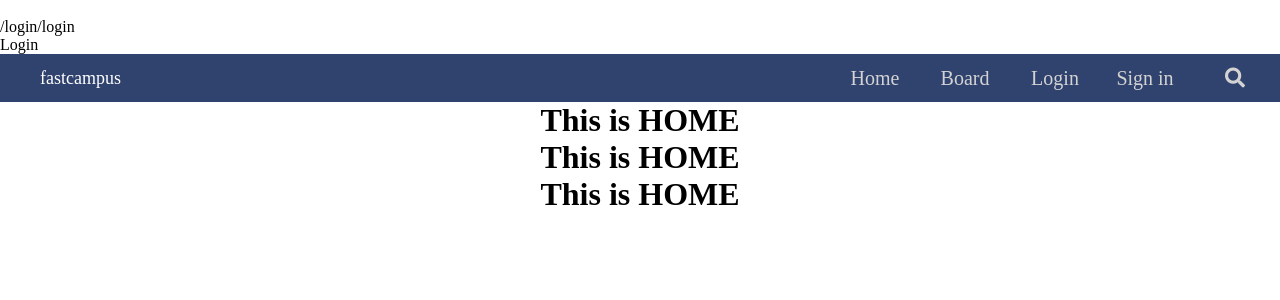
Repository: ReneeKang/Spring_jungsuk
Page: http://localhost/ch2/
An editor plug-in stored every save of this project. The page is shown before and after the next save, followed by the edit.
The browser window is 1280 px wide. The pictures show the whole page.
Some web libraries are served in a nearby version. The page is served by Tomcat 9.

Above is the page before, as saved 2022-04-17 14:59:27.

After the next save:
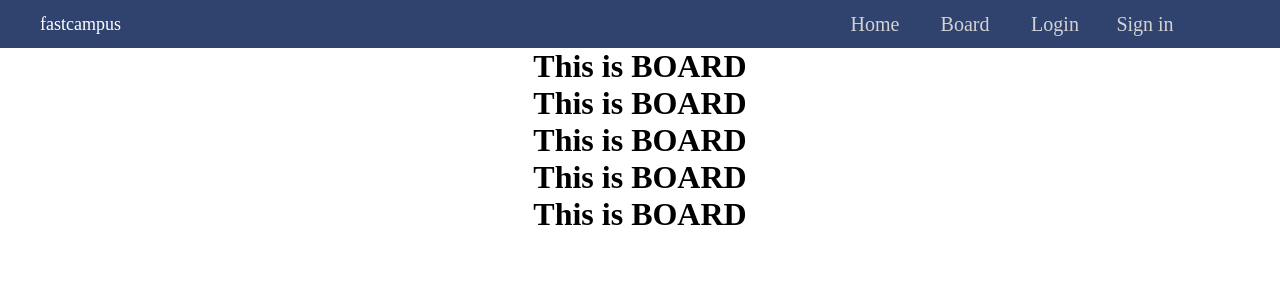
Saved 2 min 33 s later.
--- a/ch2/src/main/webapp/WEB-INF/views/index.jsp
+++ b/ch2/src/main/webapp/WEB-INF/views/index.jsp
@@ -1,71 +1,31 @@
 <%@ page language="java" contentType="text/html; charset=UTF-8"%>
 <%@ taglib uri="http://java.sun.com/jsp/jstl/core" prefix="c" %>
-
-<%@ page session="false"%>
-<!-- session="false" 일때 사용하는 코드 -->
-<c:set var="loginId" value="${pageContext.request.getSession(false)==null ? '' : pageContext.request.session.getAttribute('id')}"/>
-<c:set var="loginOutLink" value="${loginId=='' ? '/login/login' : '/login/logout'}"/>
-<c:set var="loginOut" value="${loginId=='' ? 'Login' : 'ID='+=loginId}"/>
-
- <!-- session 사용할때 코드
-<c:set var="loginOutLink" value="${sessionScope.id==null ? '/login/login' : '/login/logout'}"/>
-<c:set var="loginOut" value="${sessionScope.id==null ? 'Login' : 'Logout'}"/>
- -->
-
-<!-- Darren -->
-
-<!-- 음 일단 대충 보아하니.....
-request객체에거 직접 session얻어서 getAttribute를 해주니까
-값이 제대로 찍히는거 보아서는
-EL쪽 문제가 아닌가 싶어요
-
- -->
-<%--  <c:set var="loginId" value="${pageContext.request.getSession(false)==null ? '' : pageContext.request.session.getAttribute('id')}"/>
-
---%>
+  <%@ page session="false"%>
+    <c:set var="loginId" value="${pageContext.request.getSession(false)==null ? '' : pageContext.request.session.getAttribute('id')}"/>
+    <c:set var="loginOut" value="${loginId=='' ? 'Login' : 'ID='+=loginId}"/>
 <!DOCTYPE html>
 <html>
 <head>
 	<meta charset="UTF-8">
     <title>fastcampus</title>
     <link rel="stylesheet" href="<c:url value='/css/menu.css'/>">
-    <link rel="stylesheet" href="https://cdnjs.cloudflare.com/ajax/libs/font-awesome/5.8.2/css/all.min.css"/>
 </head>
 <body>
-${loginId}<br>
-${loginOutLink}<br>
-${loginOut}<br>
-<%-- <%
-HttpSession session = request.getSession();
-//String str = (String)request.getSession().getAttribute("id");
-%>
-<%=str%>
-ㅎㅇㅎㅇ${pageContext.request.session.getAttribute('id') == null ? 'Login' : 'Logout'}
-???? ${loginOut}<br>
-${loginId}<br>
-${loginOutLink}<br>
-${loginOut}<br>
-
-
-<%
-String loginID = (String)request.getSession().getAttribute("id");
-String loginOutLink = "";
-if(loginID == null || loginID.equals("")){
-
-}
-%> --%>
 <div id="menu">
 	<ul>
 	    <li id="logo">fastcampus</li>
 	    <li><a href="<c:url value='/'/>">Home</a></li>
 	    <li><a href="<c:url value='/board/list'/>">Board</a></li>
-	    <li><a href="<c:url value='${loginOutLink}'/>">${loginOut}</a></li>
+	    <li><a href="<c:url value='/board/logout'/>">${loginOut}</a></li>
 	    <li><a href="<c:url value='/register/add'/>">Sign in</a></li>
 	    <li><a href=""><i class="fas fa-search small"></i></a></li>
 	</ul>
+</div><div style="text-align:center">
+	<h1>This is BOARD</h1>
+	<h1>This is BOARD</h1>
+	<h1>This is BOARD</h1>
+	<h1>This is BOARD</h1>
+	<h1>This is BOARD</h1>
 </div>
-<div style="text-align:center">
-	<h1>This is HOME</h1>
-	<h1>This is HOME</h1>
-	<h1>This is HOME</h1>
-</div>
+</body>
+</html>
